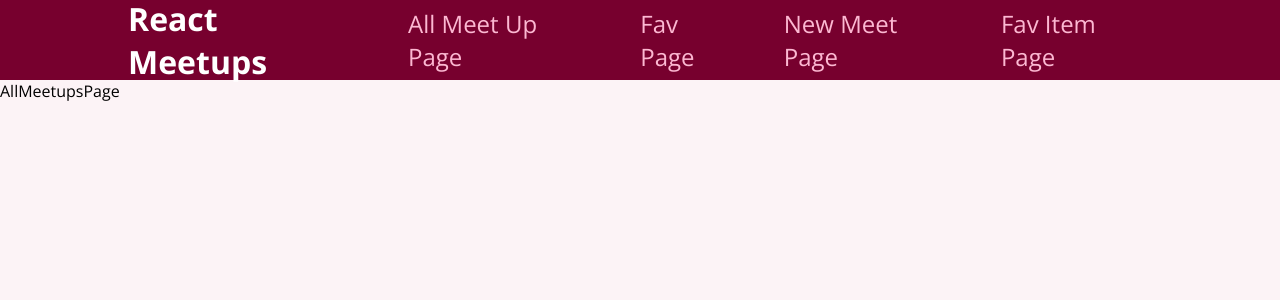
Repository: portretrieve/react-meetup-app
Page: /
The author's editor kept a copy of each file at every save. The page is drawn from the files as they stood at one save, then again after the next save.
The browser window is 1280 px wide. The pictures show the whole page.
The project was rebuilt for these pictures with package versions that can differ from the ones it lists, and the page was loaded fresh each time. A package was used in the major version that the imports need, not the one package.json lists. Also part of the build but not shown: src/pages/Favourites.js, src/pages/NewMeetup.js, src/pages/ABC.js.

Above is the page before, as saved 2021-08-17 18:14:27.

### src/App.js
import { Route, Switch } from "react-router-dom";

import AllMeetupsPage from "./pages/AllMeetups";
import FavouritesPage from "./pages/Favourites";
import NewMeetupPage from "./pages/NewMeetup";
import ABC from "./pages/ABC";
import MainNavigation from "./components/layout/MainNavigation";

function App() {
  return (
    <div>
      <MainNavigation></MainNavigation>
      <Switch>
        <Route path="/" exact>
          <AllMeetupsPage />
        </Route>
        <Route path="/fav">
          <FavouritesPage />
        </Route>
        <Route path="/meet">
          <NewMeetupPage />
        </Route>
        <Route path="/fav-item">
          <ABC />
        </Route>
      </Switch>
    </div>
  );
}

export default App;

### src/pages/AllMeetups.js
import React from "react";

function AllMeetupsPage() {
  return <div>AllMeetupsPage</div>;
}

export default AllMeetupsPage;

### src/components/layout/MainNavigation.js
import { Link } from "react-router-dom";
import classes from "./MainNavigation.module.css";

function MainNavigation() {
  return (
    <header className={classes.header}>
      <div className={classes.logo}>React Meetups</div>
      <nav>
        <ul>
          <li>
            <Link to="/">All Meet Up Page</Link>
          </li>
          <li>
            <Link to="/fav">Fav Page</Link>
          </li>
          <li>
            <Link to="/meet">New Meet Page</Link>
          </li>
          <li>
            <Link to="/fav-item">Fav Item Page</Link>
          </li>
        </ul>
      </nav>
    </header>
  );
}

export default MainNavigation;

Loaded but not shown: public/index.html (common file); src/index.js (common file); src/index.css (common file); src/components/layout/MainNavigation.module.css (common file)

After the next save:
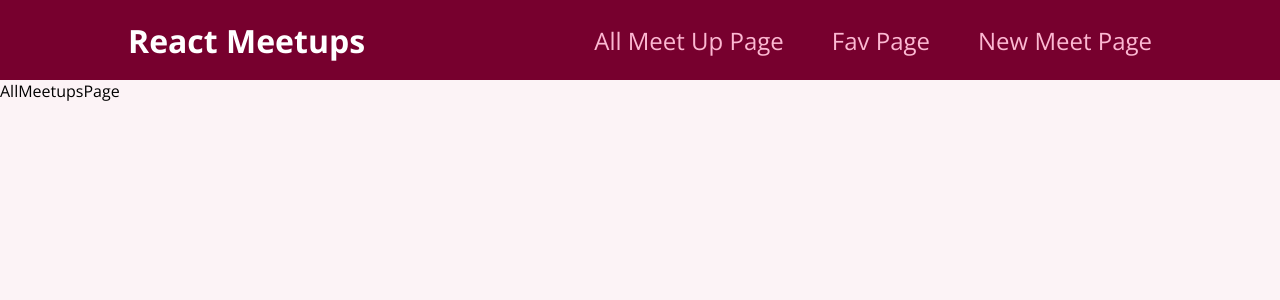
Saved 2 min 7 s later.
--- a/src/components/layout/MainNavigation.js
+++ b/src/components/layout/MainNavigation.js
@@ -16,9 +16,6 @@ function MainNavigation() {
           <li>
             <Link to="/meet">New Meet Page</Link>
           </li>
-          <li>
-            <Link to="/fav-item">Fav Item Page</Link>
-          </li>
         </ul>
       </nav>
     </header>
